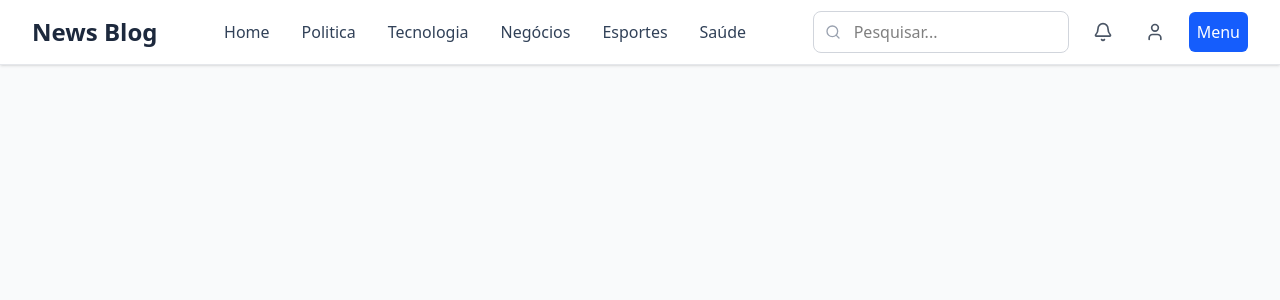
Repository: estevam02009/news-blog
Page: /
An editor plug-in stored every save of this project. The page is shown before and after the next save, followed by the edit.
The browser window is 1280 px wide. The pictures show the whole page.
The project was rebuilt for these pictures with package versions that can differ from the ones it lists, and the page was loaded fresh each time. Also part of the build but not shown: vite.config.ts.

Above is the page before, as saved 2025-08-08 17:05:18.

### index.html
<!doctype html>
<html lang="pt-BR">
  <head>
    <meta charset="UTF-8" />
    <link rel="icon" type="image/svg+xml" href="/vite.svg" />
    <meta name="viewport" content="width=device-width, initial-scale=1.0" />
    <title>News Blog</title>
  </head>
  <body>
    <div id="root"></div>
    <script type="module" src="/src/main.tsx"></script>
  </body>
</html>

### src/App.tsx
import Header from "./components/Header"

function App() {

  return (
    <div className="min-h-screen bg-gray-50">
      <Header />
    </div>
  )
}

export default App

### src/components/Header.tsx
import React from 'react'
import { Search, Menu, Bell, User } from 'lucide-react'

const Header: React.FC = () => {
    return (
        <header className='bg-white shadow-sm border-b border-gray-200 sticky top-0 z-50'>
            <div className='max-w-7xl mx-auto px-4 sm:px-6 lg:px-8'>
                <div className='flex items-center justify-between h-16'>
                    {/* LOGO */}
                    <div className='flex items-center'>
                        <h1 className='text-2xl font-bold text-slate-800'>News Blog</h1>
                    </div>

                    {/* Desktop Navigation */}
                    <nav className='hidden md:flex items-center space-x-8'>
                        <a href='/' className='text-slate-700 hover:text-blue-600 font-medium transition-colors'>Home</a>
                        <a href='#' className='text-slate-700 hover:text-blue-600 font-medium transition-colors'>Politica</a>
                        <a href='#' className='text-slate-700 hover:text-blue-600 font-medium transition-colors'>Tecnologia</a>
                        <a href='#' className='text-slate-700 hover:text-blue-600 font-medium transition-colors'>Negócios</a>
                        <a href='#' className='text-slate-700 hover:text-blue-600 font-medium transition-colors'>Esportes</a>
                        <a href='#' className='text-slate-700 hover:text-blue-600 font-medium transition-colors'>Saúde</a>
                    </nav>

                    {/* Pesquisa e Ações */}
                    <div className='flex items-center space-x-4'>
                        <div className='relative hidden sm:block'>
                            <Search className='absolute top-1/2 left-3 transform -translate-y-1/2  h-4 w-4 text-gray-400' />
                            <input
                                type='text'
                                placeholder='Pesquisar...'
                                className='pl-10 pr-4 py-2 border border-gray-300 rounded-lg focus:ring-2 focus:ring-blue-500 focus:border-transparent w-64'
                            />
                        </div>
                        <button className='p-2 text-gray-600 hover:text-blue-600 transition-colors'>
                            <Bell className='h-5 w-5' />
                        </button>
                        <button className='p-2 text-gray-600 hover:text-blue-600 transition-colors'>
                            <User className='h-5 w-5' />
                        </button>
                        <button className='p-2 text-white bg-blue-600 rounded-md hover:bg-blue-700 transition-colors'>
                            Menu
                        </button>
                    </div>
                </div>
            </div>
        </header>
    )
}

export default Header

Loaded but not shown: src/main.tsx (common file); src/index.css (common file)

After the next save:
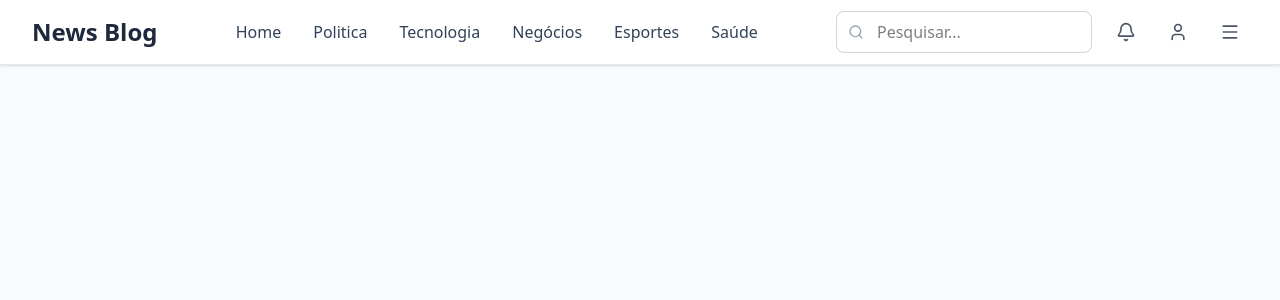
Saved 11 s later.
--- a/src/components/Header.tsx
+++ b/src/components/Header.tsx
@@ -37,8 +37,8 @@ const Header: React.FC = () => {
                         <button className='p-2 text-gray-600 hover:text-blue-600 transition-colors'>
                             <User className='h-5 w-5' />
                         </button>
-                        <button className='p-2 text-white bg-blue-600 rounded-md hover:bg-blue-700 transition-colors'>
-                            Menu
+                        <button className='p-2 text-gray-600 hover:text-blue-600 transition-colors'>
+                            <Menu className='h-5 w-5' />
                         </button>
                     </div>
                 </div>
